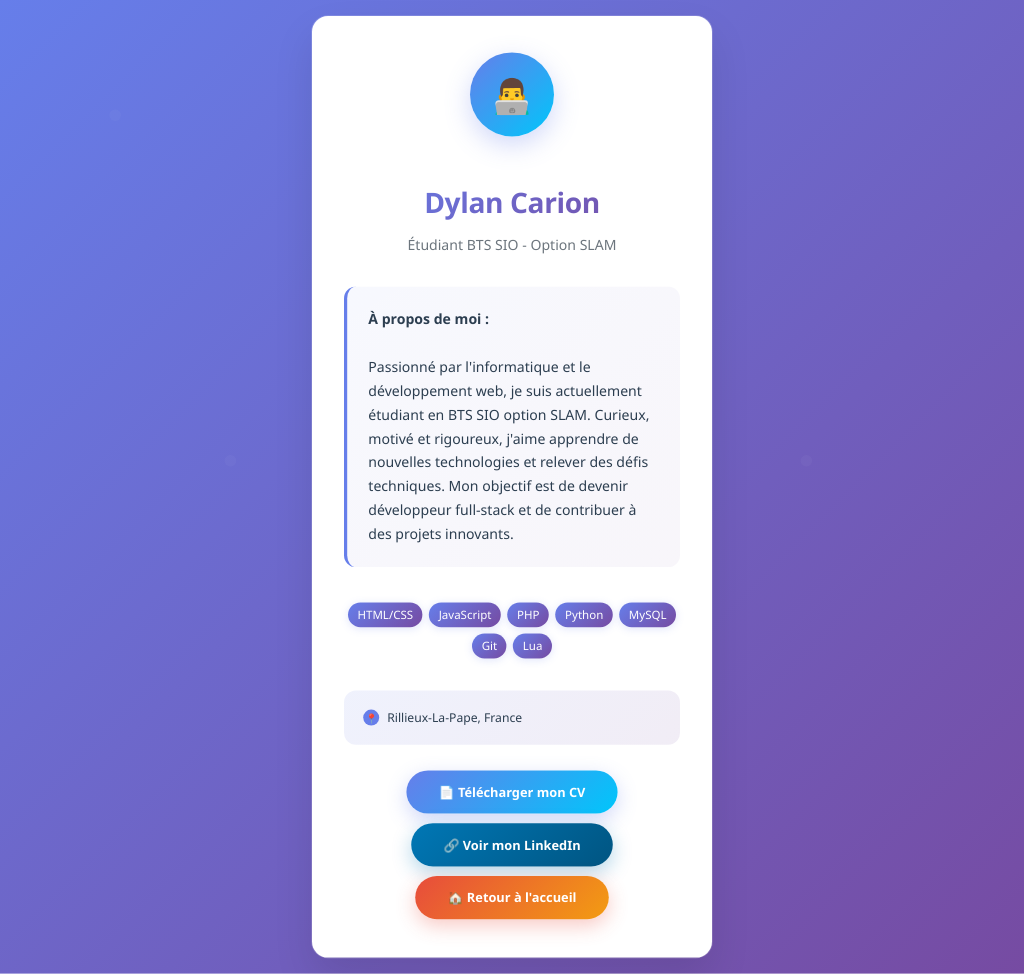
Repository: gato2fraises/Portfolio
Page: cv.html
These files come from the project's save history. The page is drawn as it stood at one moment and after the next save; the edit follows.
The browser window is 1280 px wide. The pictures show the whole page, at 80% of full size.

Above is the page before, as saved 2025-09-10 13:56:22.

After the next save:
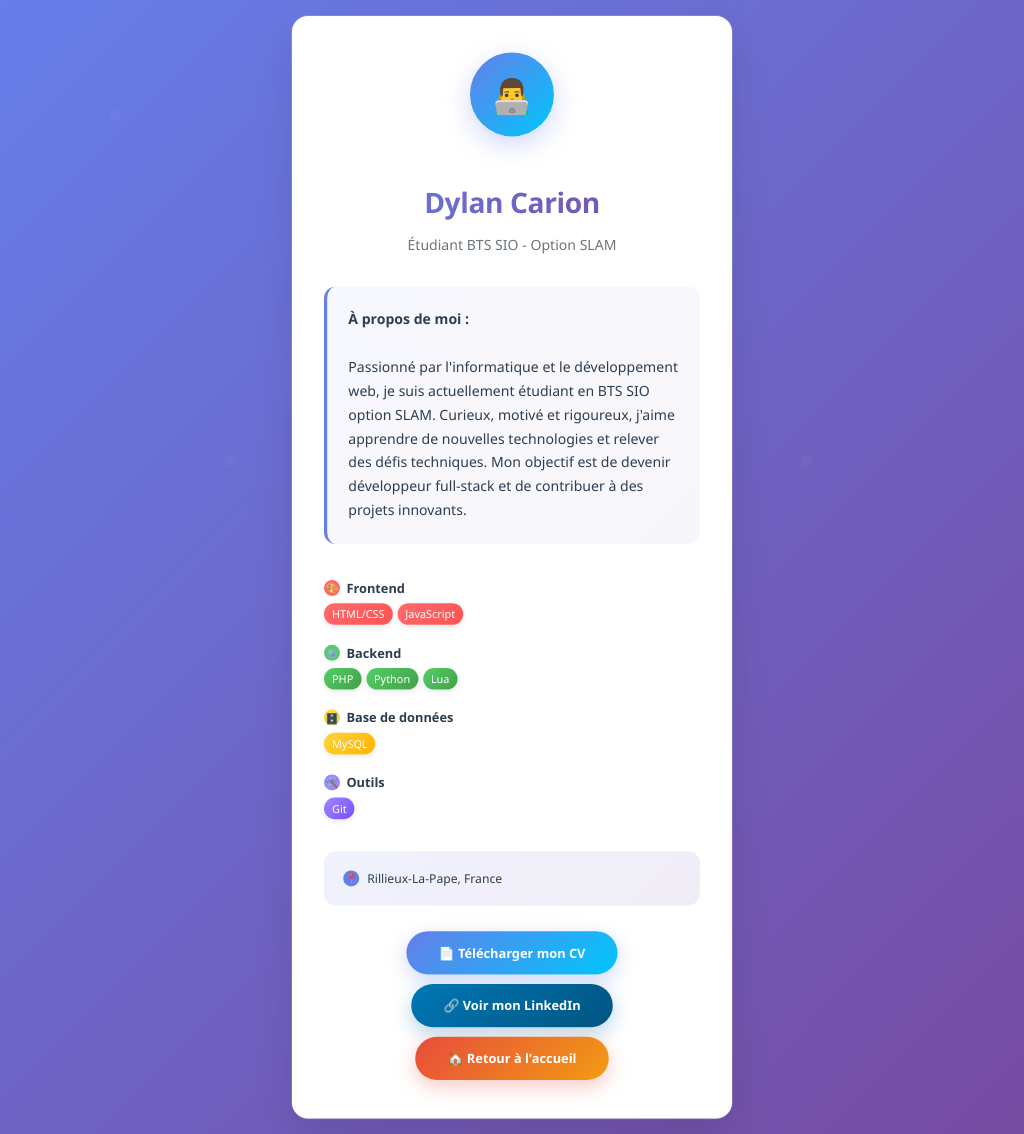
Saved 87 s later.
--- a/cv.html
+++ b/cv.html
@@ -10,6 +10,10 @@
             --secondary: #764ba2;
             --accent: #00c6fb;
             --linkedin: #0077b5;
+            --frontend: #ff6b6b;
+            --backend: #51cf66;
+            --database: #ffd43b;
+            --tools: #9c88ff;
             --text: #2c3e50;
             --text-light: #6c757d;
             --white: #ffffff;
@@ -51,7 +55,7 @@
             background: var(--white);
             padding: 3em 2.5em;
             border-radius: 20px;
-            max-width: 500px;
+            max-width: 550px;
             width: 100%;
             box-shadow:
                 0 25px 50px var(--shadow),
@@ -133,27 +137,90 @@
             border-left: 4px solid var(--primary);
         }
 
+        .skills-section {
+            margin-bottom: 2.5em;
+        }
+
+        .skill-category {
+            margin-bottom: 1.5em;
+            text-align: left;
+        }
+
+        .skill-category:last-child {
+            margin-bottom: 0;
+        }
+
+        .category-title {
+            font-size: 1em;
+            font-weight: 600;
+            color: var(--text);
+            margin-bottom: 8px;
+            display: flex;
+            align-items: center;
+            gap: 8px;
+        }
+
+        .category-icon {
+            width: 20px;
+            height: 20px;
+            border-radius: 50%;
+            display: flex;
+            align-items: center;
+            justify-content: center;
+            font-size: 0.8em;
+            color: var(--white);
+        }
+
+        .frontend .category-icon {
+            background: var(--frontend);
+        }
+
+        .backend .category-icon {
+            background: var(--backend);
+        }
+
+        .database .category-icon {
+            background: var(--database);
+        }
+
+        .tools .category-icon {
+            background: var(--tools);
+        }
+
         .skills {
             display: flex;
             flex-wrap: wrap;
-            gap: 8px;
-            justify-content: center;
-            margin-bottom: 2.5em;
+            gap: 6px;
         }
 
         .skill-tag {
-            background: linear-gradient(135deg, var(--primary), var(--secondary));
-            color: var(--white);
-            padding: 6px 12px;
-            border-radius: 20px;
-            font-size: 0.9em;
+            color: var(--white);
+            padding: 4px 10px;
+            border-radius: 15px;
+            font-size: 0.85em;
             font-weight: 500;
-            box-shadow: 0 2px 10px rgba(102, 126, 234, 0.2);
+            box-shadow: 0 2px 8px rgba(0, 0, 0, 0.1);
             transition: transform 0.2s ease;
         }
 
         .skill-tag:hover {
             transform: translateY(-2px);
+        }
+
+        .frontend .skill-tag {
+            background: linear-gradient(135deg, var(--frontend), #ff5252);
+        }
+
+        .backend .skill-tag {
+            background: linear-gradient(135deg, var(--backend), #43a047);
+        }
+
+        .database .skill-tag {
+            background: linear-gradient(135deg, var(--database), #ffb300);
+        }
+
+        .tools .skill-tag {
+            background: linear-gradient(135deg, var(--tools), #7c4dff);
         }
 
         .contact-info {
@@ -286,12 +353,16 @@
             }
 
             .skills {
-                gap: 6px;
+                gap: 4px;
             }
 
             .skill-tag {
-                font-size: 0.8em;
-                padding: 5px 10px;
+                font-size: 0.75em;
+                padding: 3px 8px;
+            }
+
+            .category-title {
+                font-size: 0.9em;
             }
         }
 
@@ -326,14 +397,49 @@
             Mon objectif est de devenir développeur full-stack et de contribuer à des projets innovants.
         </div>
 
-        <div class="skills">
-            <span class="skill-tag">HTML/CSS</span>
-            <span class="skill-tag">JavaScript</span>
-            <span class="skill-tag">PHP</span>
-            <span class="skill-tag">Python</span>
-            <span class="skill-tag">MySQL</span>
-            <span class="skill-tag">Git</span>
-            <span class="skill-tag">Lua</span>
+        <div class="skills-section">
+            <div class="skill-category frontend">
+                <div class="category-title">
+                    <div class="category-icon">🎨</div>
+                    <span>Frontend</span>
+                </div>
+                <div class="skills">
+                    <span class="skill-tag">HTML/CSS</span>
+                    <span class="skill-tag">JavaScript</span>
+                </div>
+            </div>
+
+            <div class="skill-category backend">
+                <div class="category-title">
+                    <div class="category-icon">⚙️</div>
+                    <span>Backend</span>
+                </div>
+                <div class="skills">
+                    <span class="skill-tag">PHP</span>
+                    <span class="skill-tag">Python</span>
+                    <span class="skill-tag">Lua</span>
+                </div>
+            </div>
+
+            <div class="skill-category database">
+                <div class="category-title">
+                    <div class="category-icon">🗄️</div>
+                    <span>Base de données</span>
+                </div>
+                <div class="skills">
+                    <span class="skill-tag">MySQL</span>
+                </div>
+            </div>
+
+            <div class="skill-category tools">
+                <div class="category-title">
+                    <div class="category-icon">🛠️</div>
+                    <span>Outils</span>
+                </div>
+                <div class="skills">
+                    <span class="skill-tag">Git</span>
+                </div>
+            </div>
         </div>
 
         <div class="contact-info">
